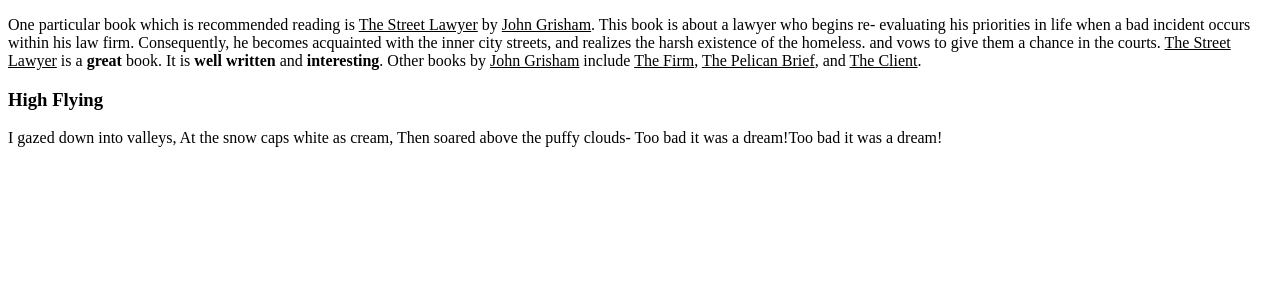
Repository: NguyenPhuSang21023391/HTCNWeb_T1-2
Page: TH_Tuan01/html/bai03.html
The author's editor kept a copy of each file at every save. The page is drawn from the files as they stood at one save, then again after the next save.
The browser window is 1280 px wide. The pictures show the whole page.

Above is the page before, as saved 2023-02-19 15:59:20.

After the next save:
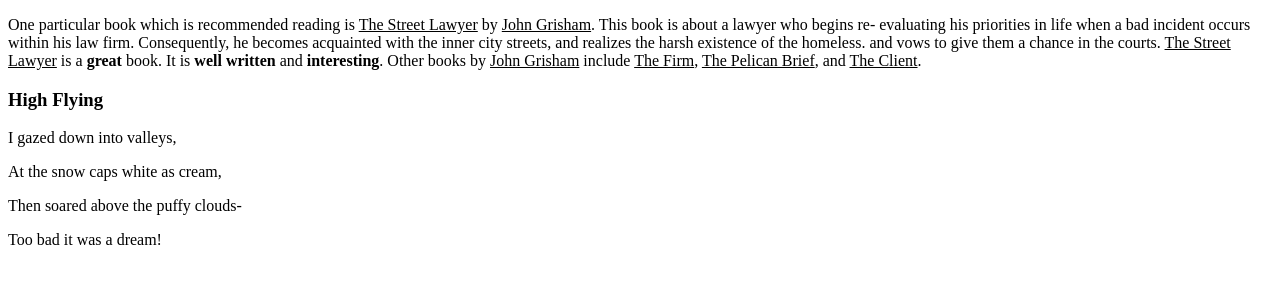
Saved 43 s later.
--- a/TH_Tuan01/html/bai03.html
+++ b/TH_Tuan01/html/bai03.html
@@ -21,11 +21,9 @@
     </p>
 
     <h3>High Flying</h3>
-    <div>
-      <p style="text-align: left :;">
-        I gazed down into valleys, At the snow caps white as cream, Then soared
-        above the puffy clouds- Too bad it was a dream!Too bad it was a dream!
-      </p>
-    </div>
+    <p style="text-align: left: ;;">I gazed down into valleys,</p>
+    <p style="text-align: left: ;;">At the snow caps white as cream,</p>
+    <p style="text-align: left: ;;">Then soared above the puffy clouds-</p>
+    <p style="text-align: left: ;;">Too bad it was a dream!</p>
   </body>
 </html>
